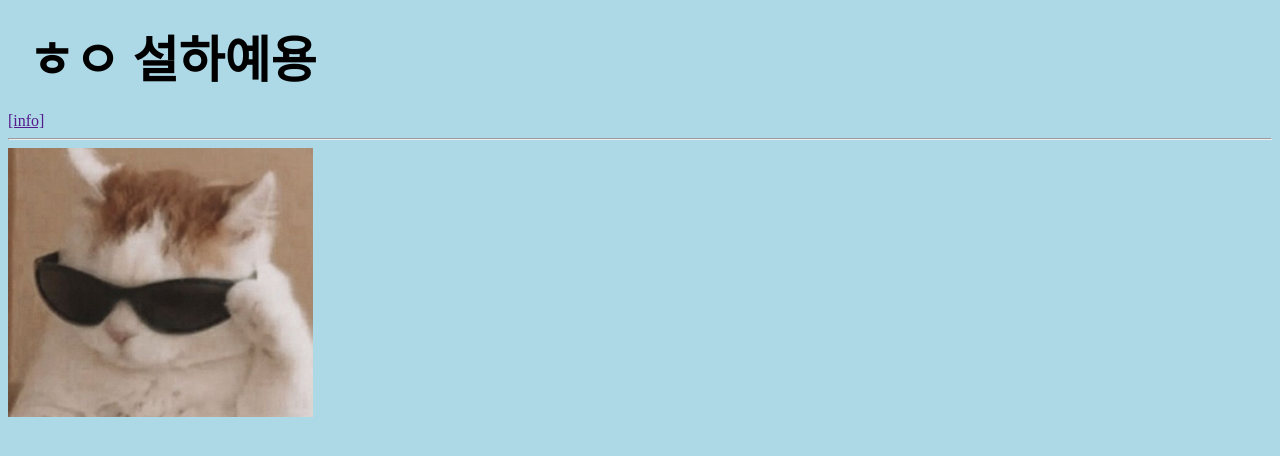
Repository: tjfgk97/sts3
Page: http://localhost/spring-first/hi
These files come from the project's save history. The page is drawn as it stood at one moment and after the next save; the edit follows.
The browser window is 1280 px wide. The pictures show the whole page.
The page is served by Tomcat 9. Other server files are loaded and not shown.

Above is the page before, as saved 2024-02-01 07:01:11.

### spring-first/src/main/webapp/WEB-INF/views/intro.jsp
<%@ page language="java" contentType="text/html; charset=UTF-8"
    pageEncoding="UTF-8"%>
<!DOCTYPE html>
<html>
<head>
<meta charset="UTF-8">
<title>Intro</title>
<style type="text/css">
@import url("resources/css/intro.css");
</style>
</head>
<body>
	<p>ㅎㅇ 설하예용</p>
	<a href="">[info]</a>
	<hr>
	<img alt="" src="resources/images/ganzi.png">

</body>
</html>

### spring-first/src/main/webapp/resources/css/intro.css
@charset "UTF-8";

body {
	background-color: lightblue;
}

p {
	font-size: 50px;
	font-weight: bold;
	margin: 20px 20px;
}

After the next save:
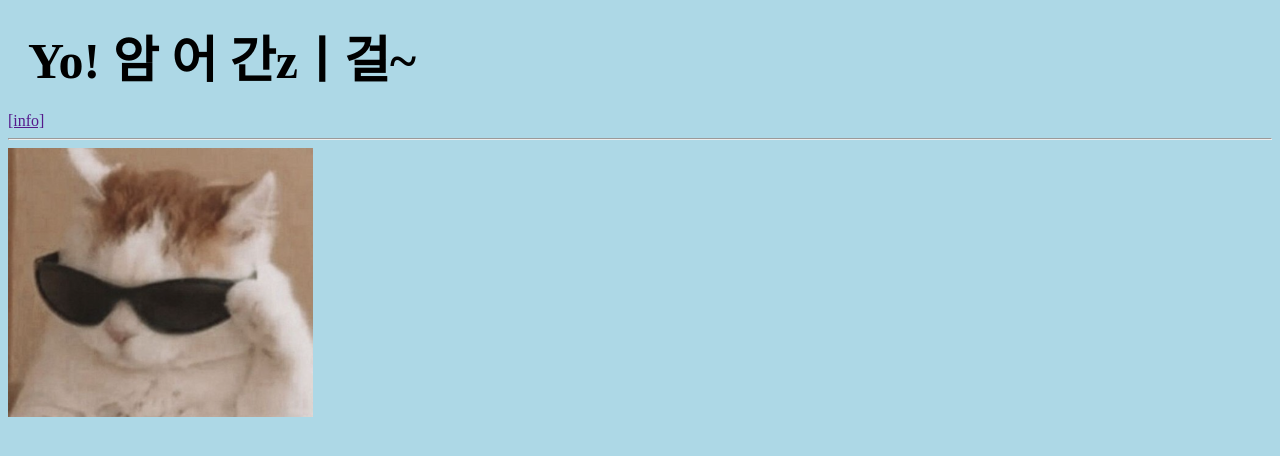
Saved 52 s later.
--- a/spring-first/src/main/webapp/WEB-INF/views/intro.jsp
+++ b/spring-first/src/main/webapp/WEB-INF/views/intro.jsp
@@ -10,7 +10,7 @@
 </style>
 </head>
 <body>
-	<p>ㅎㅇ 설하예용</p>
+	<p>Yo! 암 어 간zㅣ걸~</p>
 	<a href="">[info]</a>
 	<hr>
 	<img alt="" src="resources/images/ganzi.png">
